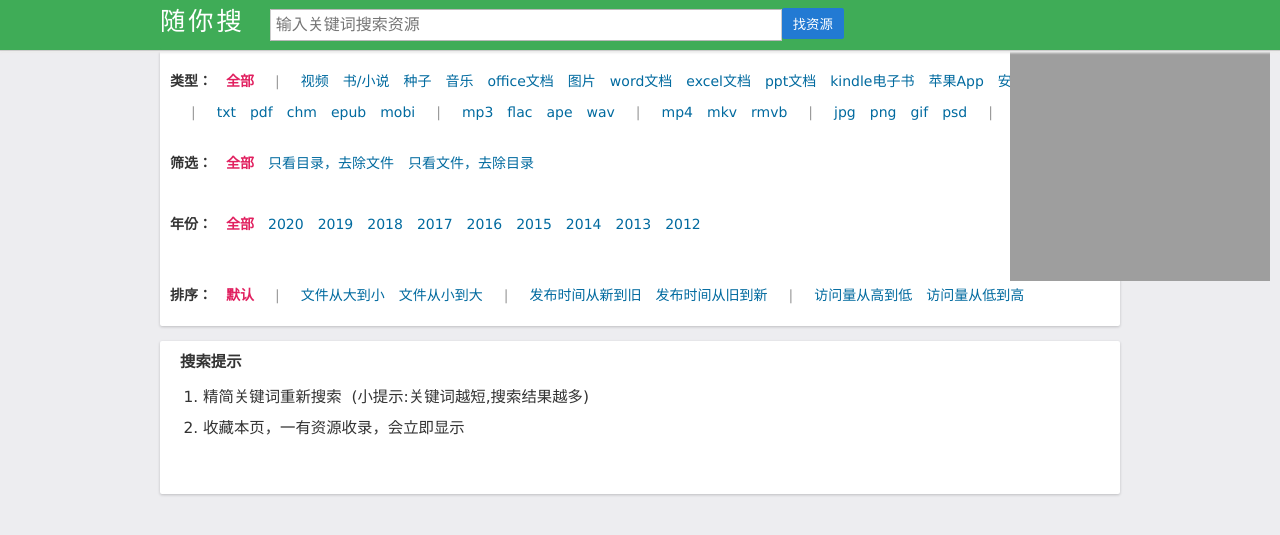
Repository: youngsailsail/nodeStudy
Page: / (app in 爬虫/前端vue/search-book/)
These files come from the project's save history. The page is drawn as it stood at one moment and after the next save; the edit follows.
The browser window is 1280 px wide. The pictures show the whole page.
Pictures or frames that could not be fetched are drawn as grey boxes. The project was rebuilt for these pictures with package versions that can differ from the ones it lists, and the page was loaded fresh each time. Also part of the build but not shown: 爬虫/前端vue/search-book/vue.config.js.

Above is the page before, as saved 2020-05-09 22:38:56.

After the next save:
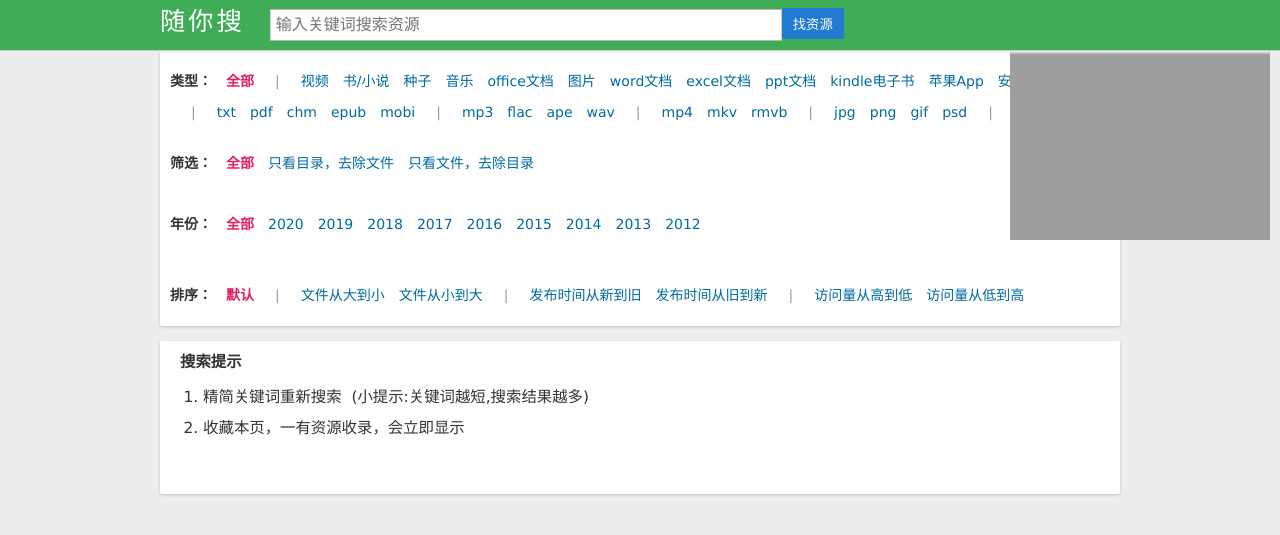
Saved 7 s later.
--- a/爬虫/前端vue/search-book/src/components/FilterBook.vue
+++ b/爬虫/前端vue/search-book/src/components/FilterBook.vue
@@ -152,6 +152,7 @@ export default {
 .iframe {
   position: absolute;
   right: 10px;
+  top: 10px;
 }
 .container {
   padding-top: 51px;
